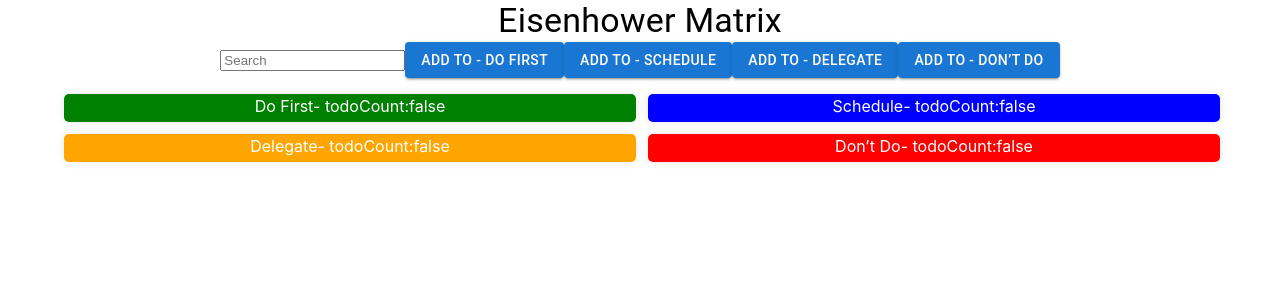
Repository: GokulDev4U/Krixi_react_assignment
Page: /
The author's editor kept a copy of each file at every save. The page is drawn from the files as they stood at one save, then again after the next save.
The browser window is 1280 px wide. The pictures show the whole page.
The project was rebuilt for these pictures with package versions that can differ from the ones it lists, and the page was loaded fresh each time.

Above is the page before, as saved 2022-04-04 16:13:22.

After the next save:
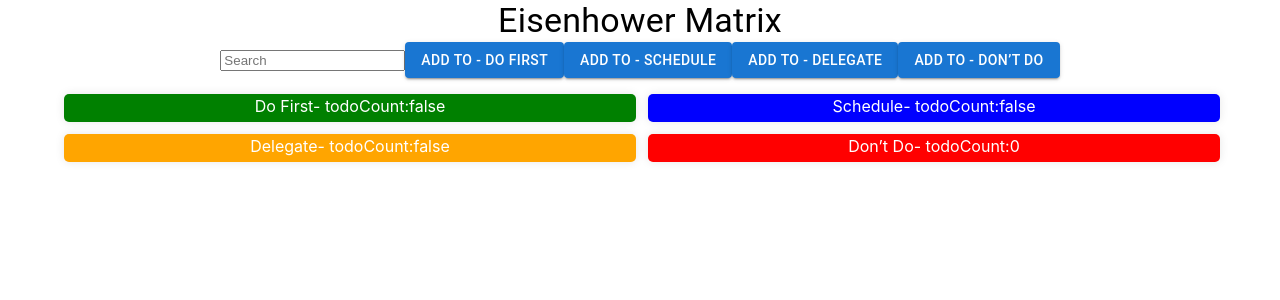
Saved 28 s later.
--- a/src/Components/card/Card.jsx
+++ b/src/Components/card/Card.jsx
@@ -22,7 +22,7 @@ const Card = ({ color, title, flag }) => {
   return (
     <div className='box' style={{ backgroundColor: `${color}` }}>
       <div className="card-title">
-        {`${title}- todoCount:${(flag === "doFirst" && todosDoFirstLength) || (flag === "schedule" && todosScheduleLength) || (flag === "" && todosDelegateLength) || (flag === "" && todosDontDoLength)}`}
+        {`${title}- todoCount:${(flag === "doFirst" && todosDoFirstLength) || (flag === "schedule" && todosScheduleLength) || (flag === "delegate" && todosDelegateLength) || (flag === "dontDo" && todosDontDoLength)}`}
       </div>
       <div className="card-content">
         {flag === "doFirst" && todosDoFirst?.map((todo, index) => (
